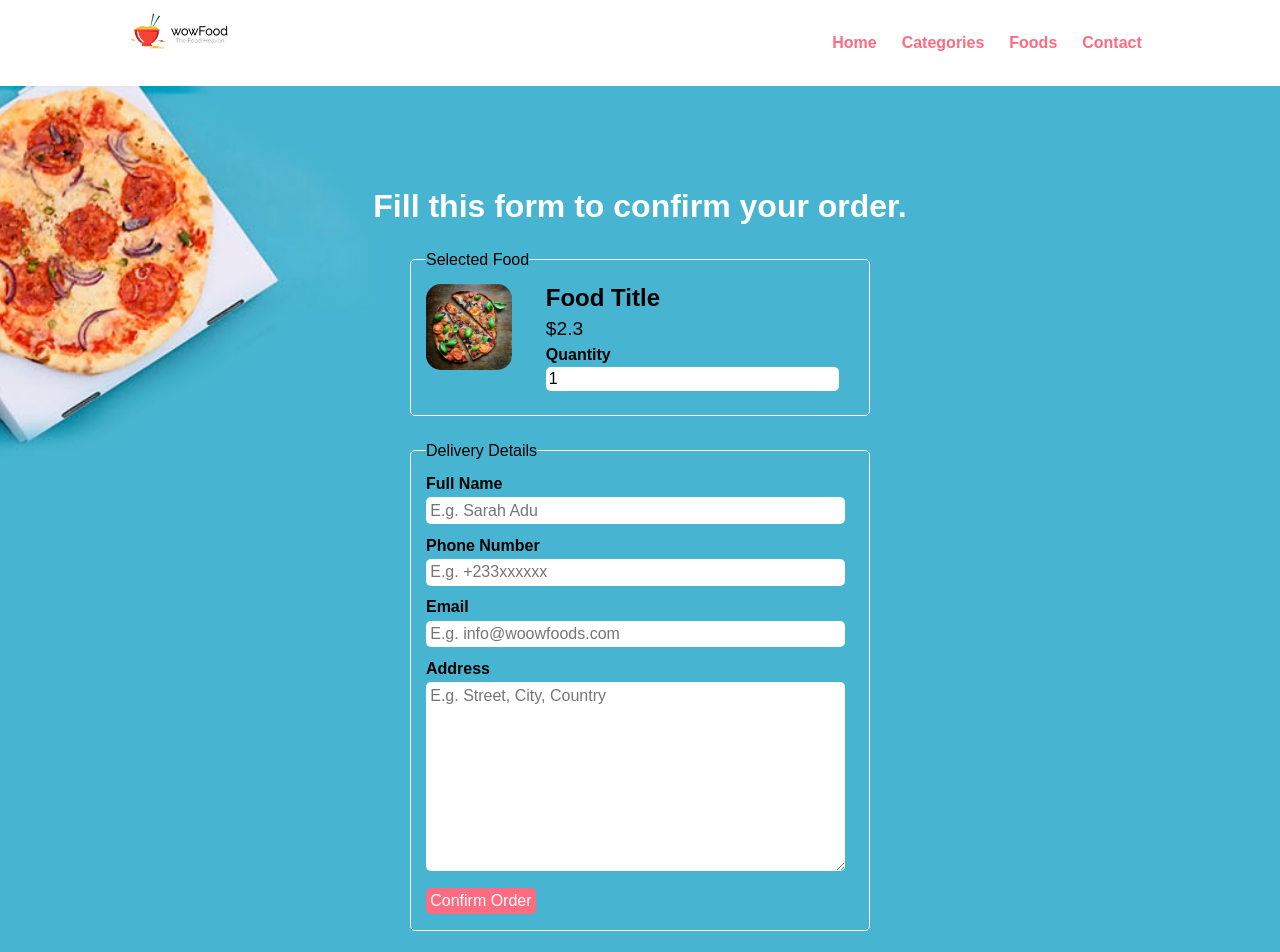
Repository: Saviour-Dagadu/food-order-front
Page: order.html
An editor plug-in stored every save of this project. The page is shown before and after the next save, followed by the edit.
The browser window is 1280 px wide. The pictures show the part of the page from y = 0 to 952 px (the page is 1736 px tall).
A picture or video elsewhere on the page could not be fetched, so the positions and the page height are approximate.

Above is the page before, as saved 2024-05-16 11:03:39.

After the next save:
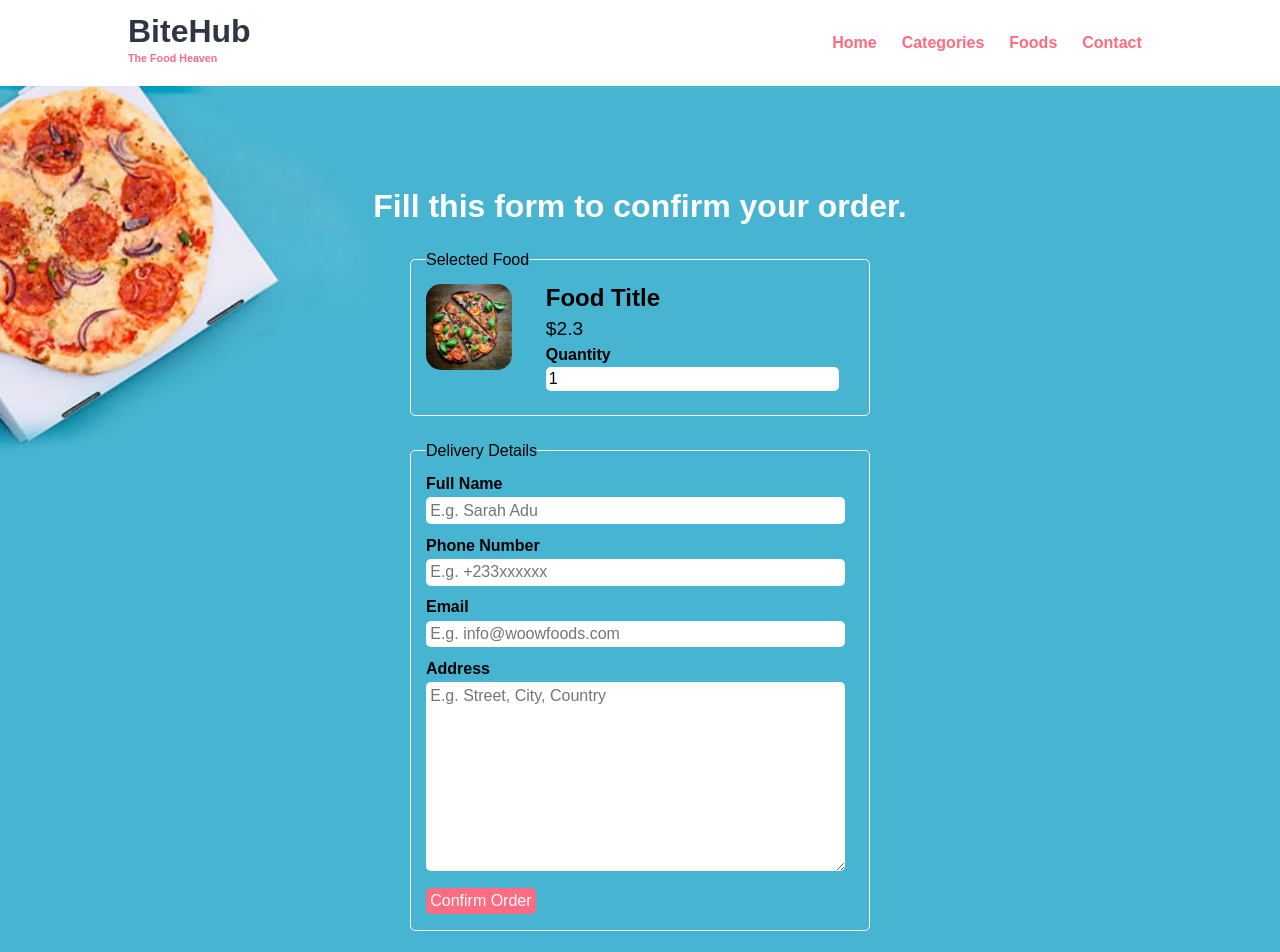
Saved 40 s later.
--- a/order.html
+++ b/order.html
@@ -16,7 +16,8 @@
         <div class="container">
             <div class="logo">
                 <a href="#" title="Logo">
-                    <img src="images/logo.png" alt="Restaurant Logo" class="img-responsive">
+                    <h2>BiteHub</h2><h6><span>The Food Heaven</span></h6>
+                    <!-- <img src="images/logo.png" alt="Restaurant Logo" class="img-responsive"> -->
                 </a>
             </div>
 
